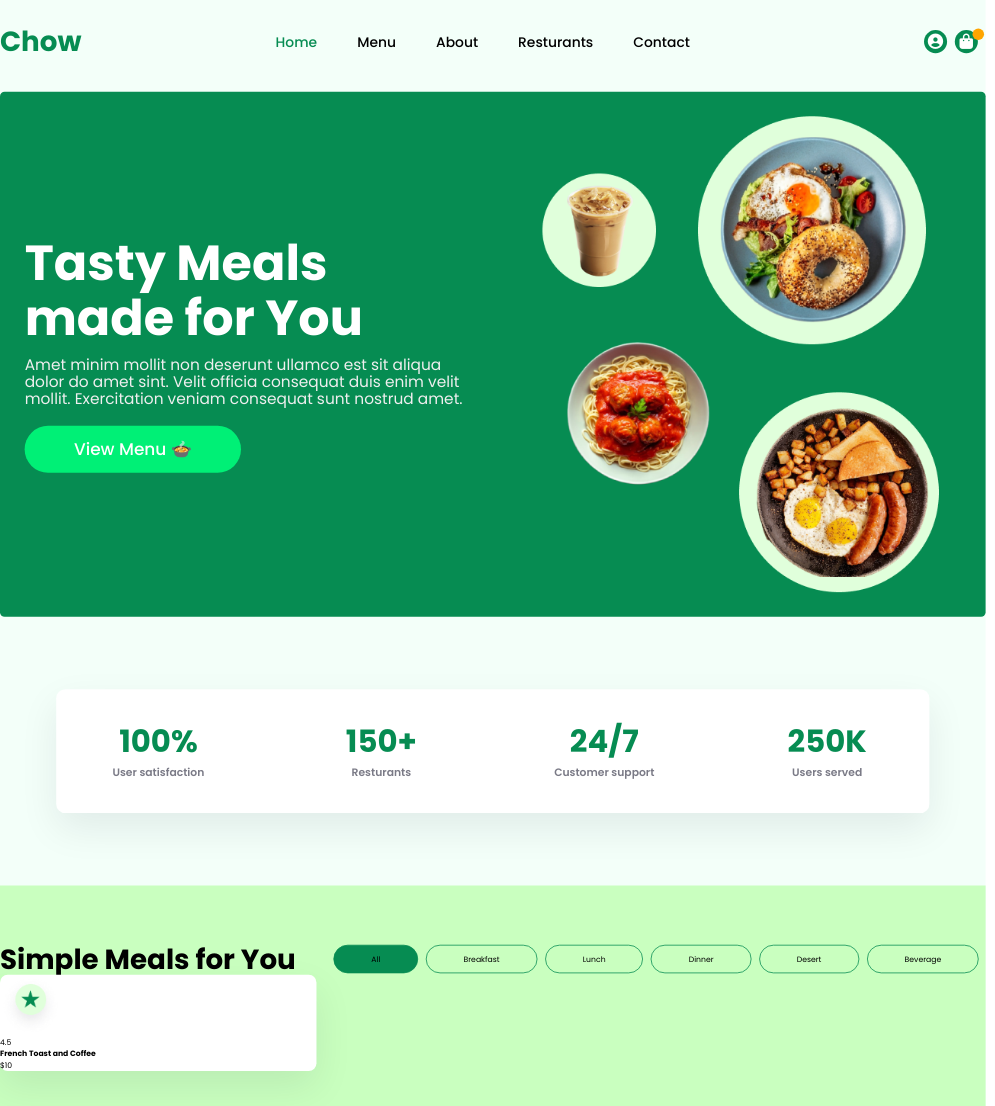
Repository: nguyennam1029/balbal
Page: index.html
These files come from the project's save history. The page is drawn as it stood at one moment and after the next save; the edit follows.
The browser window is 1280 px wide. The page is 1292 px wide, so the pictures cover 1292 px, including what lies to the right of the window. The pictures show the whole page, at 77% of full size.
Some web libraries are served in a nearby version.

Above is the page before, as saved 2022-07-01 22:09:29.

After the next save:
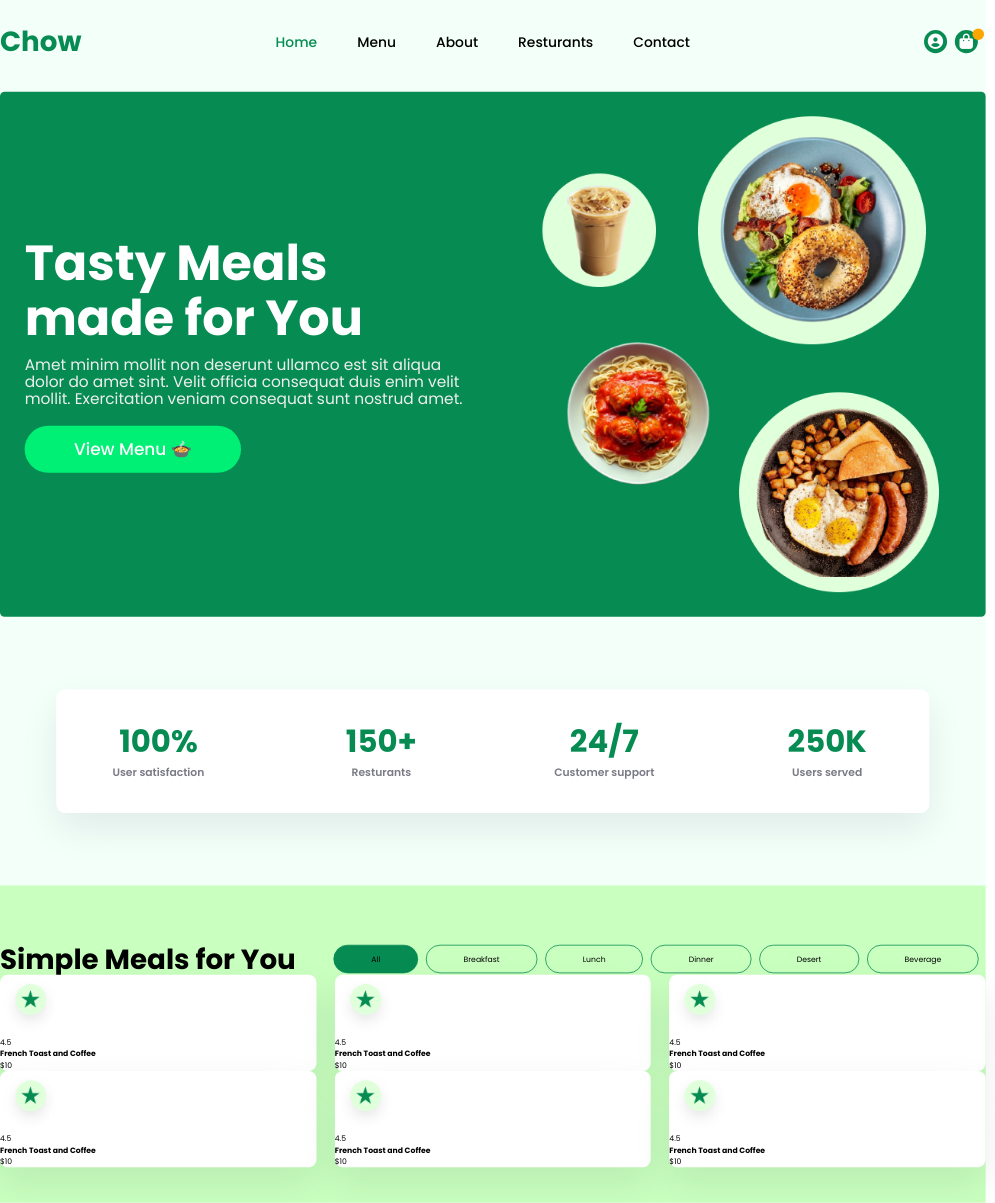
Saved 29 s later.
--- a/index.html
+++ b/index.html
@@ -134,6 +134,81 @@
                   </div>
                 </div>
               </div>
+              <div class="col l-4 m-6 c-12">
+                <div class="product-item">
+                  <div class="product-item--rating">
+                    <img src="images/star.png" alt="" />
+                    <span>4.5</span>
+                  </div>
+                  <div class="product-item--content">
+                    <h4 class="product-item--name">French Toast and Coffee</h4>
+                    <div class="product-item--footer">
+                      <span class="product-item--price">$10</span>
+                      <a href="#" class="product-item--btn"></a>
+                    </div>
+                  </div>
+                </div>
+              </div>
+              <div class="col l-4 m-6 c-12">
+                <div class="product-item">
+                  <div class="product-item--rating">
+                    <img src="images/star.png" alt="" />
+                    <span>4.5</span>
+                  </div>
+                  <div class="product-item--content">
+                    <h4 class="product-item--name">French Toast and Coffee</h4>
+                    <div class="product-item--footer">
+                      <span class="product-item--price">$10</span>
+                      <a href="#" class="product-item--btn"></a>
+                    </div>
+                  </div>
+                </div>
+              </div>
+              <div class="col l-4 m-6 c-12">
+                <div class="product-item">
+                  <div class="product-item--rating">
+                    <img src="images/star.png" alt="" />
+                    <span>4.5</span>
+                  </div>
+                  <div class="product-item--content">
+                    <h4 class="product-item--name">French Toast and Coffee</h4>
+                    <div class="product-item--footer">
+                      <span class="product-item--price">$10</span>
+                      <a href="#" class="product-item--btn"></a>
+                    </div>
+                  </div>
+                </div>
+              </div>
+              <div class="col l-4 m-6 c-12">
+                <div class="product-item">
+                  <div class="product-item--rating">
+                    <img src="images/star.png" alt="" />
+                    <span>4.5</span>
+                  </div>
+                  <div class="product-item--content">
+                    <h4 class="product-item--name">French Toast and Coffee</h4>
+                    <div class="product-item--footer">
+                      <span class="product-item--price">$10</span>
+                      <a href="#" class="product-item--btn"></a>
+                    </div>
+                  </div>
+                </div>
+              </div>
+              <div class="col l-4 m-6 c-12">
+                <div class="product-item">
+                  <div class="product-item--rating">
+                    <img src="images/star.png" alt="" />
+                    <span>4.5</span>
+                  </div>
+                  <div class="product-item--content">
+                    <h4 class="product-item--name">French Toast and Coffee</h4>
+                    <div class="product-item--footer">
+                      <span class="product-item--price">$10</span>
+                      <a href="#" class="product-item--btn"></a>
+                    </div>
+                  </div>
+                </div>
+              </div>
             </div>
           </div>
         </div>
